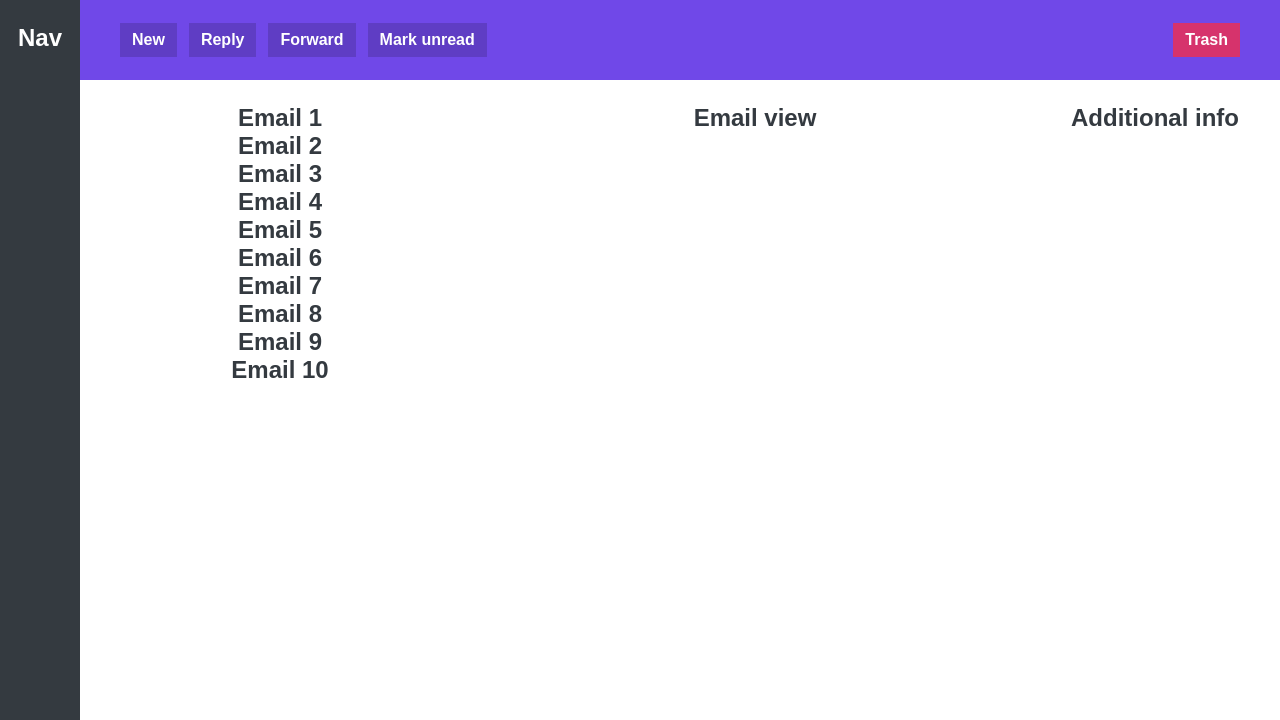
Repository: nghiakma/HTML-CSS-Fundamental
Page: Component_LayoutPatterns/applayout.html
These files come from the project's save history. The page is drawn as it stood at one moment and after the next save; the edit follows.
The browser window is 1280 px wide. The pictures show the whole page.

Above is the page before, as saved 2023-08-26 18:38:38.

After the next save:
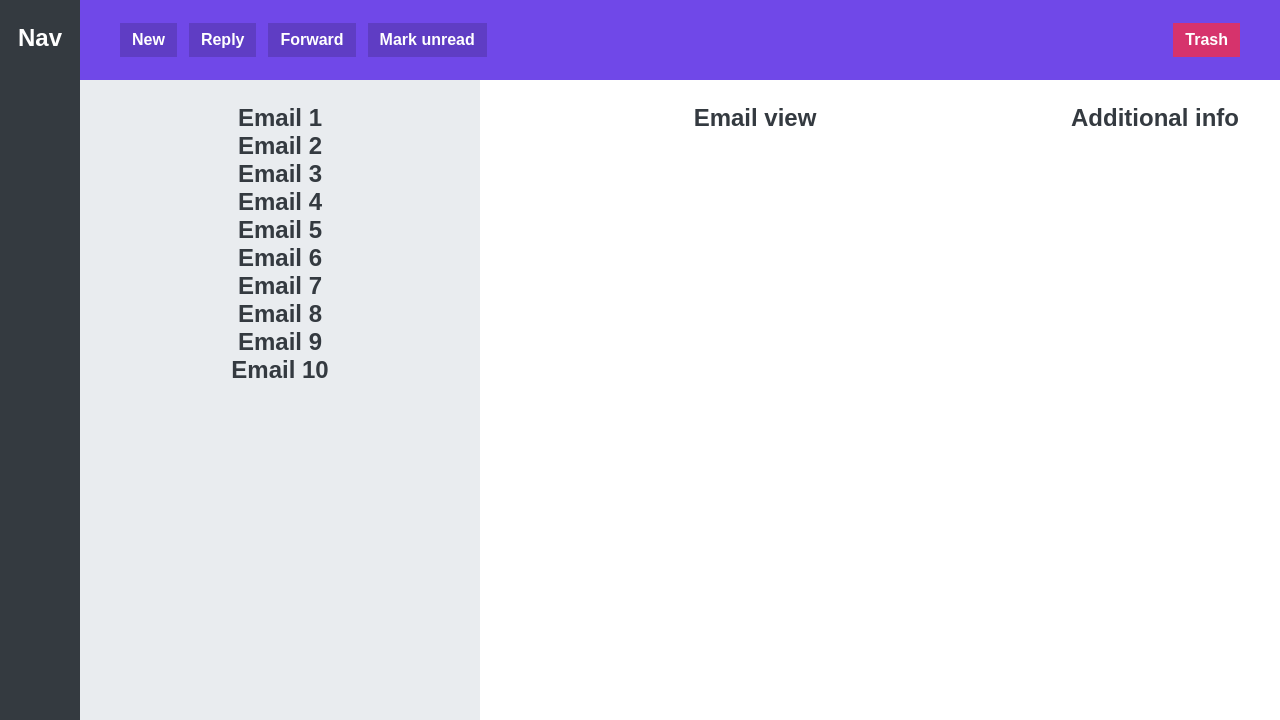
Saved 38 s later.
--- a/Component_LayoutPatterns/applayout.html
+++ b/Component_LayoutPatterns/applayout.html
@@ -61,6 +61,10 @@
       background-color: #d6336c;
       margin-left: auto;
     }
+
+    section {
+      background-color: #e9ecef;
+    }
   </style>
 </head>
 
